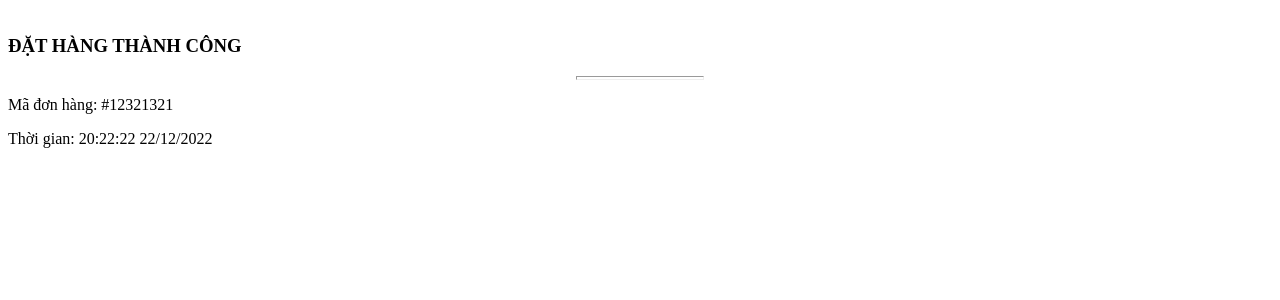
Repository: kienkiddo/BaiTapWebBanHang
Page: http://localhost/LapTrinhWebsite/home/view/thanks.jsp
An editor plug-in stored every save of this project. The page is shown before and after the next save, followed by the edit.
The browser window is 1280 px wide. The pictures show the whole page.
The page is served by Tomcat 9. Other server files are loaded and not shown.

Above is the page before, as saved 2022-05-11 13:53:04.

### LapTrinhWebsite/src/main/webapp/home/view/thanks.jsp
<%@ page contentType="text/html; charset=UTF-8"%>
<%@ taglib prefix="c" uri="http://java.sun.com/jsp/jstl/core"%>
<%@ taglib prefix="fmt" uri="http://java.sun.com/jsp/jstl/fmt"%>

<div class="container" style="margin-top: 35px">
	<div class="row">
		<div class="col">
			<h3 class="text-center">ĐẶT HÀNG THÀNH CÔNG</h3>
			<hr style="width: 10%; height: 2px" class="color-main">
			<div class="container pt-4">
				<p class="mb-0">
					Mã đơn hàng: <span class="font-weight-bold">#12321321</span>
				</p>
					<p class="mb-0">
					Thời gian: <span class="font-weight-bold">20:22:22 22/12/2022</span>
				</p>
			</div>
		</div>
	</div>
</div>

### LapTrinhWebsite/src/main/java/commom/Security.java
package commom;

import java.math.BigInteger;
import java.security.MessageDigest;
import java.util.UUID;

import javax.servlet.http.Cookie;
import javax.servlet.http.HttpServletResponse;

import model.User;

public class Security {

	public static String getMd5(String s) {
		try {
			byte[] bytesOfMessage = s.getBytes("UTF-8");
			MessageDigest md = MessageDigest.getInstance("MD5");
			byte[] theMD5digest = md.digest(bytesOfMessage);
			BigInteger no = new BigInteger(1, theMD5digest);

			String hashtext = no.toString(16);
			while (hashtext.length() < 32) {
				hashtext = "0" + hashtext;
			}
			return hashtext;
		} catch (Exception e) {
			e.printStackTrace();
		}
		return "";
	}


	public static void setCookieLogin(String user, String pass, String hashkey, HttpServletResponse response) {
		Cookie cookie = new Cookie("email", user);
		cookie.setMaxAge(60 * 60 * 24 * 90);
		Cookie cookie2 = new Cookie("pass", pass);
		cookie2.setMaxAge(60 * 60 * 24 * 90);
		Cookie cookie3 = new Cookie("hashkey", hashkey);
		cookie3.setMaxAge(60 * 60 * 24 * 90);

		response.addCookie(cookie);
		response.addCookie(cookie2);
		response.addCookie(cookie3);
	}

	public static void deleteCookieLogin(HttpServletResponse response) {
		Cookie cookie = new Cookie("email", "");
		cookie.setMaxAge(0);
		Cookie cookie2 = new Cookie("pass", "");
		cookie2.setMaxAge(0);
		Cookie cookie3 = new Cookie("hashkey", "");
		cookie3.setMaxAge(0);

		response.addCookie(cookie);
		response.addCookie(cookie2);
		response.addCookie(cookie3);
	}

	public static String creatHashkey() {
		return UUID.randomUUID().toString();
	}


	public static void setHashkey(String hashkey, HttpServletResponse response) {
		Cookie cookie = new Cookie("hashkey", hashkey);
		cookie.setMaxAge(60 * 60 * 24 * 90);
		response.addCookie(cookie);
	}

	public static String getHashkey(Cookie[] cookies) {
		if (cookies == null) {
			return null;
		}
		for (int i = 0; i < cookies.length; i++) {
			String name = cookies[i].getName();
			String value = cookies[i].getValue();
			if (name.equals("hashkey")) {
				return value;
			}
		}
		return null;
	}

	public static void removeHashkey(HttpServletResponse response) {
		Cookie cookie = new Cookie("hashkey", "");
		cookie.setMaxAge(0);
		response.addCookie(cookie);
	}

}

After the next save:
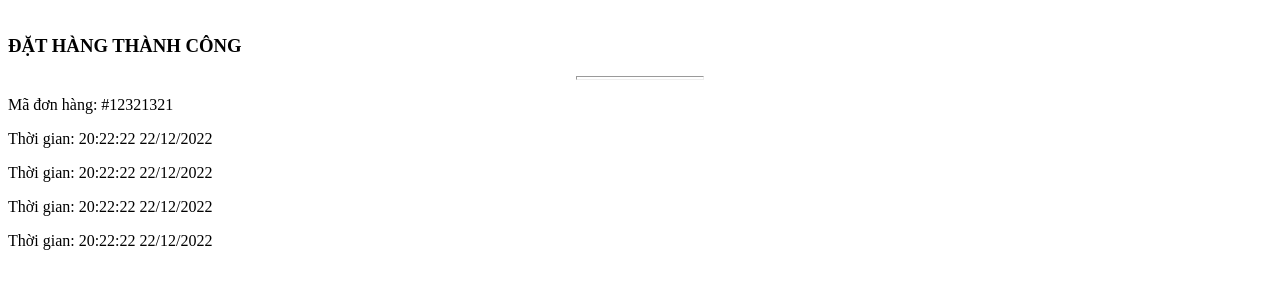
Saved 11 s later.
--- a/LapTrinhWebsite/src/main/webapp/home/view/thanks.jsp
+++ b/LapTrinhWebsite/src/main/webapp/home/view/thanks.jsp
@@ -14,6 +14,16 @@
 					<p class="mb-0">
 					Thời gian: <span class="font-weight-bold">20:22:22 22/12/2022</span>
 				</p>
+				<p class="mb-0">
+					Thời gian: <span class="font-weight-bold">20:22:22 22/12/2022</span>
+				</p>
+				<p class="mb-0">
+					Thời gian: <span class="font-weight-bold">20:22:22 22/12/2022</span>
+				</p>
+				<p class="mb-0">
+					Thời gian: <span class="font-weight-bold">20:22:22 22/12/2022</span>
+				</p>
+
 			</div>
 		</div>
 	</div>
